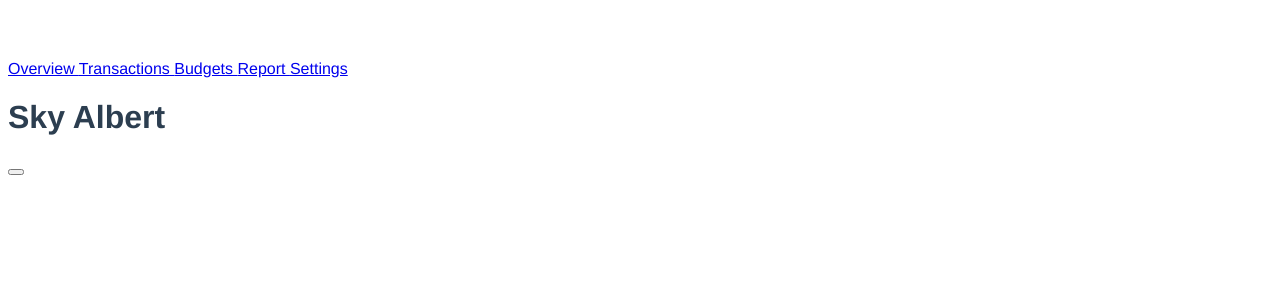
Repository: bxTruong/project7-jsonserver-router
Page: /
The author's editor kept a copy of each file at every save. The page is drawn from the files as they stood at one save, then again after a run of saves.
The browser window is 1280 px wide. The pictures show the whole page.
The project was rebuilt for these pictures with package versions that can differ from the ones it lists, and the page was loaded fresh each time. Also part of the build but not shown: vue.config.js, src/pages/transactions.vue, src/pages/transaction-detail.vue, src/pages/not-found.vue.

Above is the page before, as saved 2023-01-04 16:06:47.

After the next 3 saves:
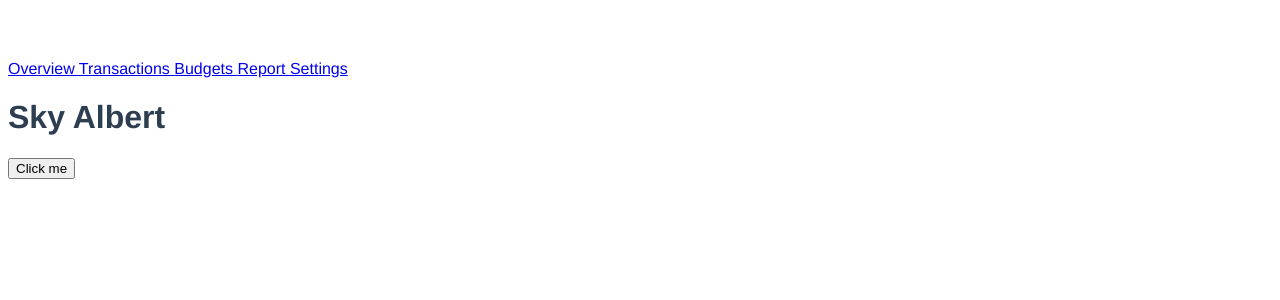
The 3 saves are shown as one change because they came seconds apart.
The last was saved 10 s later.
--- a/src/pages/home.vue
+++ b/src/pages/home.vue
@@ -1,6 +1,6 @@
 <template>
     <h1>{{firstName}}</h1>
-    <button @click=""></button>
+    <button @click="onChangeSomething">Click me</button>
 </template>
 
 <script>
